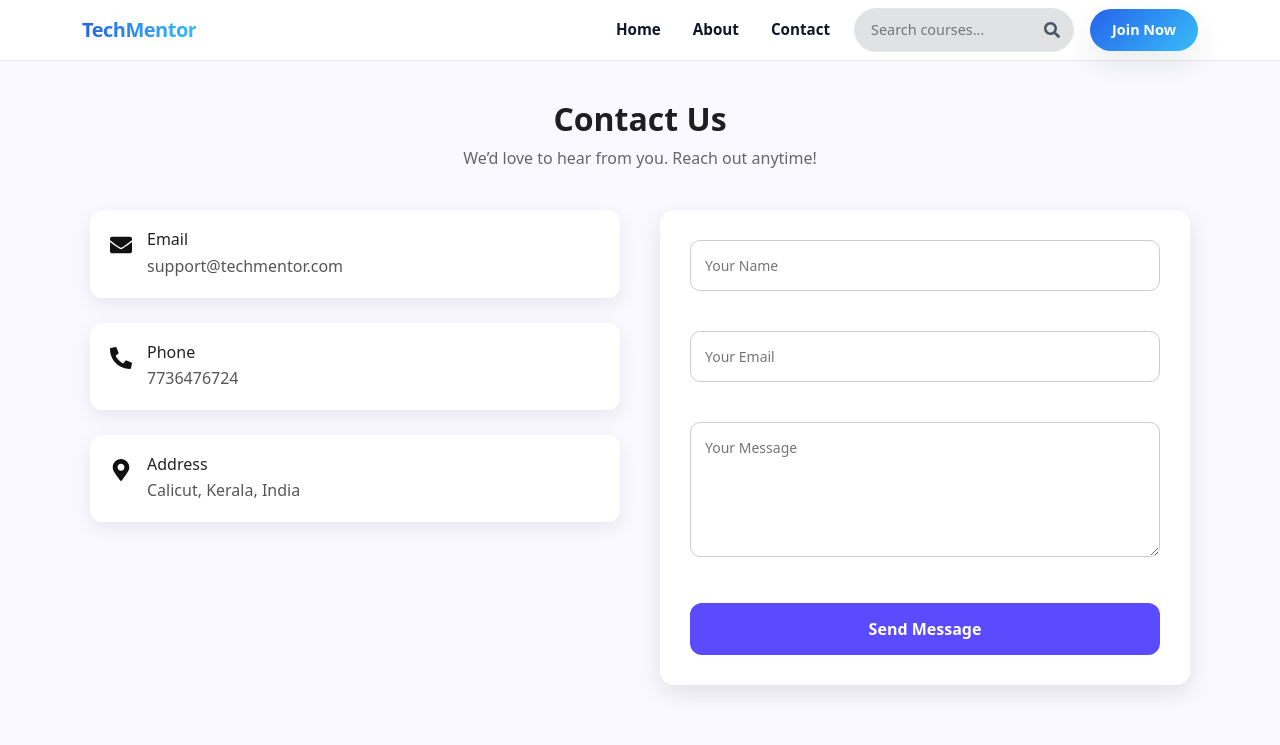
Repository: Aswin74k/project-2
Page: /#/contact
These files come from the project's save history. The page is drawn as it stood at one moment and after the next save; the edit follows.
The browser window is 1280 px wide. The pictures show the whole page.
The project was rebuilt for these pictures with package versions that can differ from the ones it lists, and the page was loaded fresh each time. Also part of the build but not shown: vite.config.js, src/project/Home.jsx, src/project/Course.jsx, src/project/About.css, src/project/About.jsx, src/project/Enroll.css, src/project/Enroll.jsx, src/project/ProtectedRoute.jsx and 2 more.

Above is the page before, as saved 2026-01-06 21:44:48.

After the next save:
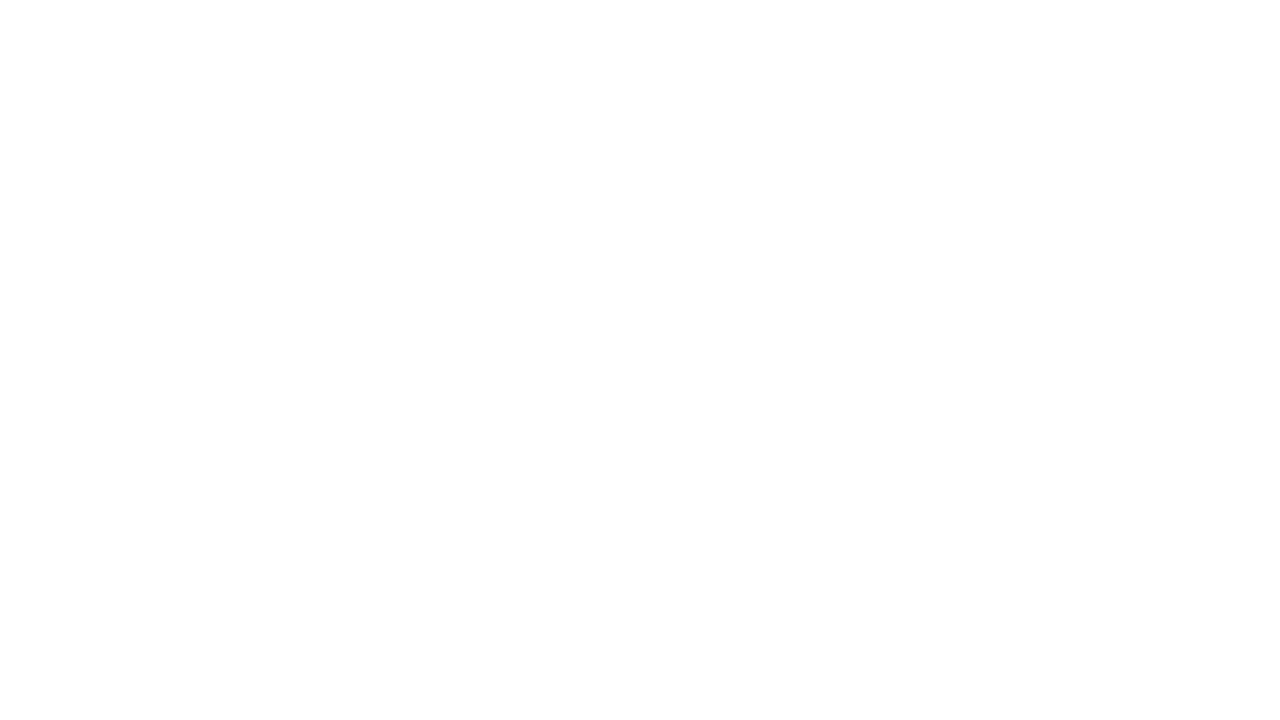
Console error: ReferenceError: openSidebar is not defined
Saved 6 s later.
--- a/src/project/App.jsx
+++ b/src/project/App.jsx
@@ -24,7 +24,7 @@
   // Navbar-il ninn event kelkkaan
   useEffect(() => {
     const openDrawer = () => setOpenProfile(true);
-    window.addEventListener("openProfileSidebar", openDrawer);
+    window.addEventListener("openProfileSidebar", openSidebar);
 
     return () => {
       window.removeEventListener("openProfileSidebar", openDrawer);

After the 4 saves that followed:
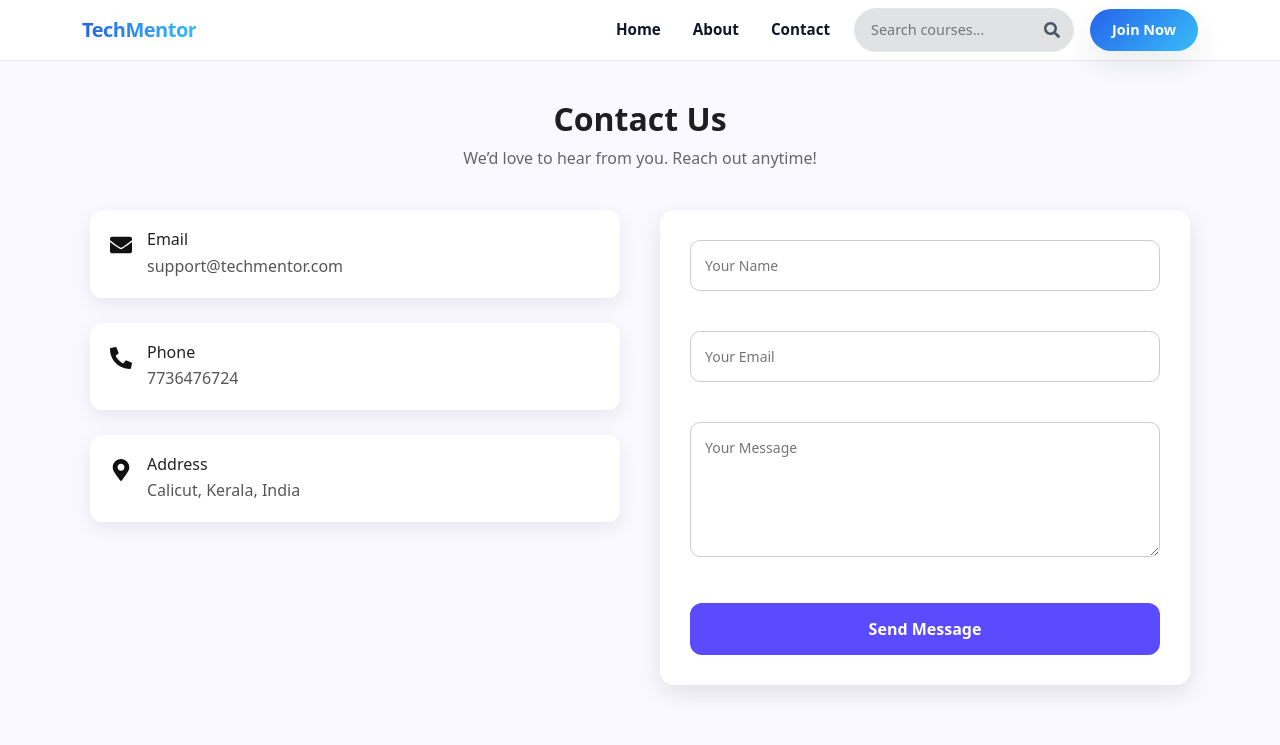
The error is gone.
The 4 saves are shown as one change because 1 left the picture as it was and some came seconds apart.
The last was saved 51 s later.
--- a/src/project/App.jsx
+++ b/src/project/App.jsx
@@ -23,11 +23,11 @@
 
   // Navbar-il ninn event kelkkaan
   useEffect(() => {
-    const openDrawer = () => setOpenProfile(true);
+    const openSidebar = () => setOpenProfile(true);
     window.addEventListener("openProfileSidebar", openSidebar);
 
     return () => {
-      window.removeEventListener("openProfileSidebar", openDrawer);
+      window.removeEventListener("openProfileSidebar", openSidebar);
     };
   }, []);
 
